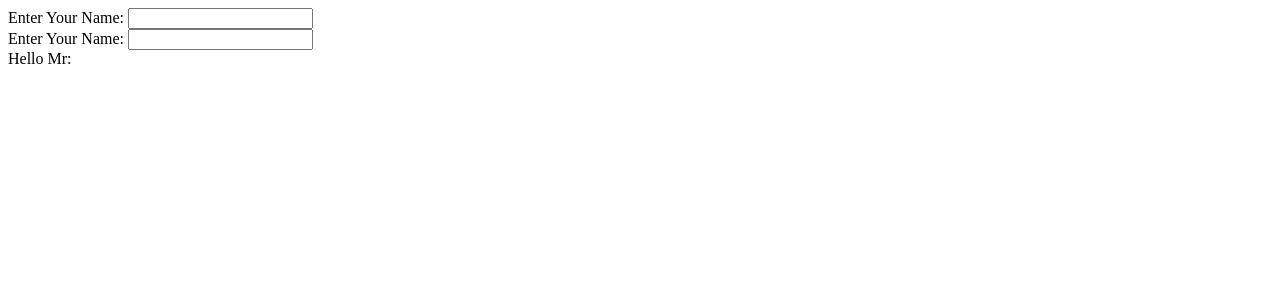
Repository: jack-1195/dtproject
Page: angular/DemoAngularJS/WebContent/Test.html
These files come from the project's save history. The page is drawn as it stood at one moment and after the next save; the edit follows.
The browser window is 1280 px wide. The pictures show the whole page.
Some web libraries are served in a nearby version.

Above is the page before, as saved 2016-07-01 05:00:44.

After the next save:
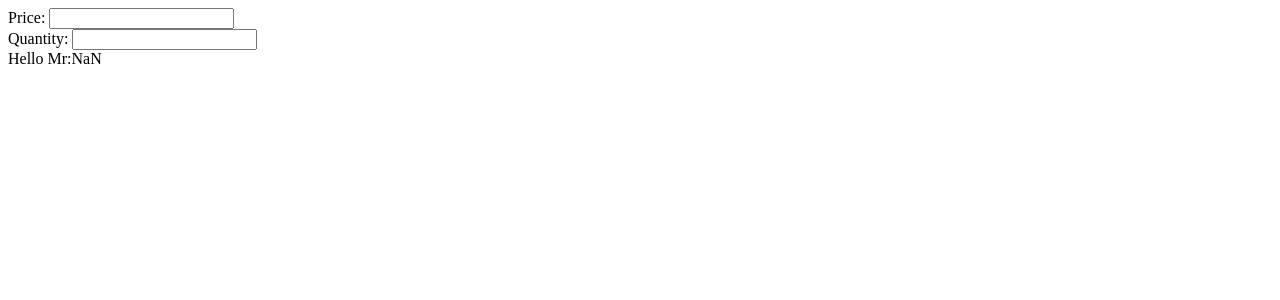
Saved 2 min 38 s later.
--- a/angular/DemoAngularJS/WebContent/Test.html
+++ b/angular/DemoAngularJS/WebContent/Test.html
@@ -8,9 +8,9 @@
 </head>
 
 <body ng-app="">
-Enter Your Name: <input type ="text"   ng-model="firstname"><br>
-Enter Your Name: <input type ="text"   ng-model="lastname"><br>
-Hello Mr:{{firstname+ " " +lastname}}
+Price: <input type ="number"   ng-model="price"><br>
+Quantity: <input type ="number"   ng-model="quantity"><br>
+Hello Mr:{{price * quantity }}
 
 </body>
 </html>
